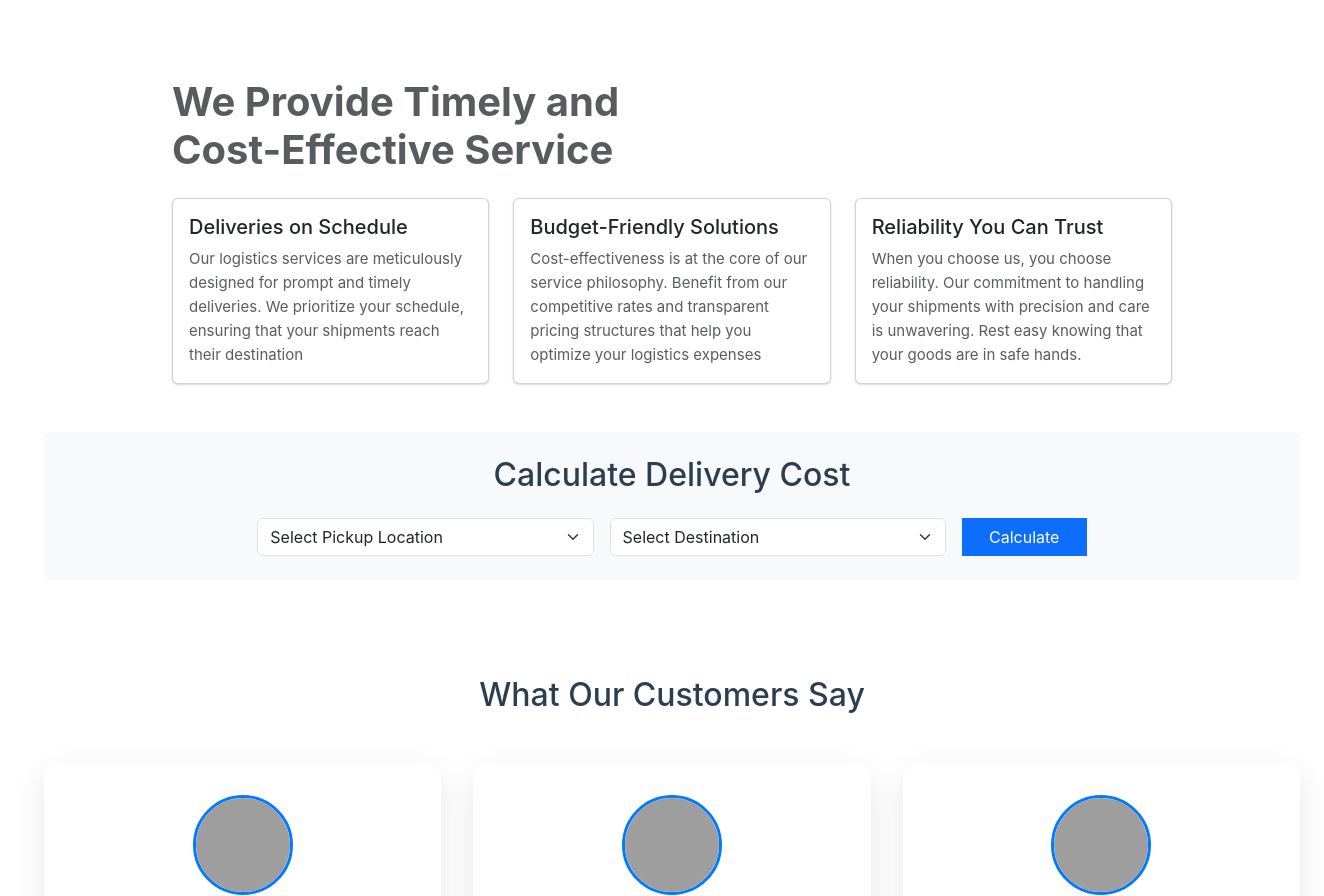
Repository: stancillous/package-yangu-logistics
Page: /
These files come from the project's save history. The page is drawn as it stood at one moment and after a run of saves; the edit follows.
The browser window is 1280 px wide. The page is 1324 px wide, so the pictures cover 1324 px, including what lies to the right of the window. The pictures show the part of the page from y = 698 to 1594 px (the page is 2112 px tall before and 2097 px after).
Pictures or frames that could not be fetched are drawn as grey boxes. The project was rebuilt for these pictures with package versions that can differ from the ones it lists, and the page was loaded fresh each time. Also part of the build but not shown: vite.config.ts.

Above is the page before, as saved 2025-01-31 14:16:41.

### index.html
<!DOCTYPE html>
<html lang="">
  <head>
    <meta charset="UTF-8">
    <meta name="viewport" content="width=device-width, initial-scale=1.0">
    <link rel="icon" href="/favicon.ico">

    <!-- Bootstrap CSS -->
    <link href="https://cdn.jsdelivr.net/npm/bootstrap@5.3.0/dist/css/bootstrap.min.css" rel="stylesheet">
    <!-- Bootstrap Icons -->
    <link href="https://cdn.jsdelivr.net/npm/bootstrap-icons@1.11.1/font/bootstrap-icons.css" rel="stylesheet">

    <!-- Fonts -->

    <link rel="preconnect" href="https://fonts.googleapis.com">
    <link rel="preconnect" href="https://fonts.gstatic.com" crossorigin>
    <link href="https://fonts.googleapis.com/css2?family=Roboto:ital,wght@0,100..900;1,100..900&display=swap" rel="stylesheet">
    <title>Courier</title>

    <style>
      body{
        font-family: 'Roboto', sans-serif;
        overflow-x: hidden;
        width: 100vw;
      }

      button{
        border-radius: 0 !important;
      }

    </style>
  </head>
  <body>
    <div id="app"></div>


    <script type="module" src="/src/main.ts"></script>
    <!-- Bootstrap JS -->
    <script src="https://cdn.jsdelivr.net/npm/bootstrap@5.3.0/dist/js/bootstrap.bundle.min.js"></script>
  </body>
</html>

### src/main.ts
import './assets/main.css'

import { createApp } from 'vue'
import App from './App.vue'
import router from './router'

// import { BootstrapVue, BootstrapVueIcons } from 'bootstrap-vue'

// import 'bootstrap/dist/css/bootstrap.css'
// import 'bootstrap-vue/dist/bootstrap-vue.css'

const app = createApp(App)

// app.use(BootstrapVue)
// app.use(BootstrapVueIcons)

app.use(router)

app.mount('#app')

### src/App.vue
<script setup lang="ts">
import { RouterLink, RouterView } from 'vue-router'
import Index from './views/Index.vue'
</script>

<template>
  <div>
    <Index/>
  </div>

</template>

<style scoped>

body{
  border: 8px solid red !important;
}
</style>

### src/router/index.ts
import { createRouter, createWebHistory } from 'vue-router'
import Index from '../views/Index.vue'

const router = createRouter({
  history: createWebHistory(import.meta.env.BASE_URL),
  routes: [
    {
      path: '/',
      name: 'home',
      component: Index,
    },
    // {
    //   path: '/about',
    //   name: 'about',
    //   // route level code-splitting
    //   // this generates a separate chunk (About.[hash].js) for this route
    //   // which is lazy-loaded when the route is visited.
    //   component: () => import('../views/AboutView.vue'),
    // },
  ],
})

export default router

### src/views/Index.vue
<template>
    <div class="container">
      <nav class="navbar navbar-expand-lg navbar-light bg-white fixed-top shadow-sm">
        <div class="container">
          <a class="navbar-brand d-flex align-items-center" href="#">
            <i class="bi bi-box-seam fs-2 text-primary me-2"></i>
            <span class="fw-bold">FastCourier</span>
          </a>
          <button class="navbar-toggler" type="button" data-bs-toggle="collapse" data-bs-target="#navbarNav">
            <span class="navbar-toggler-icon"></span>
          </button>
          <div class="collapse navbar-collapse" id="navbarNav">
              <ul class="navbar-nav ms-auto">
                  <li><small class="text-uppercase"><a class="nav-link" href="#">home</a></small></li>
                  <li><small class="text-uppercase"><a class="nav-link" href="#">services</a></small></li>
                  <li><small class="text-uppercase"><a class="nav-link" href="#">about us</a></small></li>
                  <li><small class="text-uppercase"><a class="nav-link" href="#">news</a></small></li>
              </ul>
              <div class="ms-5">
                  <button class="btn btn-sm btn-outline-primary">CONTACT US</button>
              </div>
          </div>
        </div>
      </nav>

      <div class="content-wrapper">
        <div class="hero-section">
            <div class="hero-content">
                <h1 class="fw-bold  display-4">Seamless Shipping, <br> Unmatched Care</h1>
                <p class="card-text">Delivering Convenience with Every Shipment. Enjoy smooth logistics and outstanding customer service backed by our commitment to excellence.</p>
                <button class="btn btn-sm btn-light px-4 py-2 text-primary">Get Started</button>
            </div>
        </div>


        <!-- Services Section -->
        <div style="padding-top: 700px;" class="section-wrp">
          <h2 class="fw-bold display-6 mb-4 text-muted">We Provide Timely and <br> Cost-Effective Service</h2>
          <div class="row g-4">
            <div class="col-md-4">
              <div class="card h-100">
                <div class="card-body">
                  <!-- <i class="bi bi-truck fs-1 text-primary mb-3"></i> -->
                  <h5 class="card-title">Deliveries on Schedule</h5>
                  <p class="card-text text-muted">Our logistics services are meticulously designed for prompt and timely deliveries. We prioritize your schedule, ensuring that your shipments reach their destination</p>
                </div>
              </div>
            </div>
            <div class="col-md-4">
              <div class="card h-100">
                <div class="card-body">
                  <!-- <i class="bi bi-globe fs-1 text-primary mb-3"></i> -->
                  <h5 class="card-title">Budget-Friendly Solutions</h5>
                  <p class="card-text text-muted">Cost-effectiveness is at the core of our service philosophy. Benefit from our competitive rates and transparent pricing structures that help you optimize your logistics expenses</p>
                </div>
              </div>
            </div>
            <div class="col-md-4">
              <div class="card h-100">
                <div class="card-body">
                  <!-- <i class="bi bi-shield-check fs-1 text-primary mb-3"></i> -->
                  <h5 class="card-title">Reliability You Can Trust</h5>
                  <p class="card-text text-muted">When you choose us, you choose reliability. Our commitment to handling your shipments with precision and care is unwavering. Rest easy knowing that your goods are in safe hands.</p>
                </div>
              </div>
            </div>
          </div>
        </div>

        <!-- Delivery Calculator -->
        <div class="calculator-section my-5 py-4 bg-light rounded">
          <h2 class="text-center mb-4">Calculate Delivery Cost</h2>
          <div class="row justify-content-center">
            <div class="col-md-8">
              <div class="row g-3">
                <div class="col-md-5">
                  <select v-model="pickup" class="form-select">
                    <option value="" disabled selected>Select Pickup Location</option>
                    <option value="nairobi">Nairobi</option>
                    <option value="mombasa">Mombasa</option>
                    <option value="kisumu">Kisumu</option>
                    <option value="nakuru">Nakuru</option>
                    <option value="eldoret">Eldoret</option>
                  </select>
                </div>
                <div class="col-md-5">
                  <select v-model="destination" class="form-select">
                    <option value="" disabled selected>Select Destination</option>
                    <option value="nairobi">Nairobi</option>
                    <option value="mombasa">Mombasa</option>
                    <option value="kisumu">Kisumu</option>
                    <option value="nakuru">Nakuru</option>
                    <option value="eldoret">Eldoret</option>
                  </select>
                </div>
                <div class="col-md-2">
                  <button @click="calculatePrice" class="btn btn-primary w-100">Calculate</button>
                </div>
              </div>
              <div v-if="price" class="mt-4 text-center">
                <h4>Estimated Cost: KES {{ price }}</h4>
              </div>
            </div>
          </div>
        </div>

        <!-- Reviews Section -->
        <div class="reviews-section my-5 py-5">
          <h2 class="text-center mb-5">What Our Customers Say</h2>
          <div class="reviews-grid">
            <div class="review-card">
              <div class="review-image">
                <img src="https://randomuser.me/api/portraits/men/32.jpg" alt="John Doe">
              </div>
              <h5 class="mt-3">John Doe</h5>
              <p class="text-muted mb-2">Business Owner</p>
              <div class="rating mb-2">
                <i class="bi bi-star-fill text-warning"></i>
                <i class="bi bi-star-fill text-warning"></i>
                <i class="bi bi-star-fill text-warning"></i>
                <i class="bi bi-star-fill text-warning"></i>
                <i class="bi bi-star-fill text-warning"></i>
              </div>
              <p>"FastCourier has been instrumental in growing my business."</p>
            </div>

            <div class="review-card">
              <div class="review-image">
                <img src="https://randomuser.me/api/portraits/women/44.jpg" alt="Sarah Smith">
              </div>
              <h5 class="mt-3">Sarah Smith</h5>
              <p class="text-muted mb-2">Online Seller</p>
              <div class="rating mb-2">
                <i class="bi bi-star-fill text-warning"></i>
                <i class="bi bi-star-fill text-warning"></i>
                <i class="bi bi-star-fill text-warning"></i>
                <i class="bi bi-star-fill text-warning"></i>
                <i class="bi bi-star-half text-warning"></i>
              </div>
              <p>"Their prices are competitive and service exceptional!"</p>
            </div>

            <div class="review-card">
              <div class="review-image">
                <img src="https://randomuser.me/api/portraits/men/67.jpg" alt="Mike Johnson">
              </div>
              <h5 class="mt-3">Mike Johnson</h5>
              <p class="text-muted mb-2">Regular Customer</p>
              <div class="rating mb-2">
                <i class="bi bi-star-fill text-warning"></i>
                <i class="bi bi-star-fill text-warning"></i>
                <i class="bi bi-star-fill text-warning"></i>
                <i class="bi bi-star-fill text-warning"></i>
                <i class="bi bi-star-fill text-warning"></i>
              </div>
              <p>"Best courier service I've ever used!"</p>
            </div>
          </div>
        </div>

        <!-- Footer -->
        <footer class="bg-dark text-light py-4 mt-5">
          <div class="container">
            <div class="row">
              <div class="col-md-4">
                <h5>Contact Us</h5>
                <p>Email: info@courier.com<br>
                   Phone: +254 700 000 000</p>
              </div>
              <div class="col-md-4">
                <h5>Quick Links</h5>
                <ul class="list-unstyled">
                  <li><a href="#" class="text-light">About Us</a></li>
                  <li><a href="#" class="text-light">Services</a></li>
                  <li><a href="#" class="text-light">Track Package</a></li>
                </ul>
              </div>
              <div class="col-md-4">
                <h5>Follow Us</h5>
                <div class="fs-4">
                  <i class="bi bi-facebook me-3"></i>
                  <i class="bi bi-twitter me-3"></i>
                  <i class="bi bi-instagram"></i>
                </div>
              </div>
            </div>
            <div class="text-center mt-3">
              <small>&copy; 2025 Courier Services. All rights reserved.</small>
            </div>
          </div>
        </footer>
      </div>
    </div>
  </template>

  <script>
  export default {
    name: 'Index',
    data() {
      return {
        pickup: '',
        destination: '',
        price: null
      }
    },
    methods: {
      calculatePrice() {
        if (this.pickup && this.destination) {
          // Generate a random price between 1000 and 5000
          this.price = Math.floor(Math.random() * (5000 - 1000 + 1)) + 1000;
        }
      }
    }
  }
  </script>

  <style scoped>

.container {
      width: 100vw;
      max-width: 1500px;
      margin: auto;
  }

  .section-wrp{
    max-width: 1000px;
    margin: 1rem auto;
  }

.hero-section {
    position: absolute;
    left: 0;
  width: 100vw;
  height: 600px;
  background-image: url('https://images.unsplash.com/photo-1578575437130-527eed3abbec');
  background-size: cover;
  background-position: center;
  /* position: relative; */
  display: flex;
  align-items: center;
  justify-content: center;
  color: white;
  margin-left: calc(-50vw + 50%);
  margin-right: calc(-50vw + 50%);
}

.hero-section::before {
  content: '';
  position: absolute;
  top: 0;
  left: 0;
  width: 100%;
  height: 100%;
  background: rgba(0, 0, 0, 0.6);
}

.hero-content {
  position: relative;
  z-index: 2;
  max-width: 800px;
  text-align: left;
  padding: 0 1rem;
}




  .content-wrapper {
      margin-top: 76px;
  }


  .card {
    box-shadow: rgba(0, 0, 0, 0.1) 0px 1px 3px 0px, rgba(0, 0, 0, 0.06) 0px 1px 2px 0px;
  }

  .card:hover {
    transform: translateY(-5px);
  }

  .reviews-grid {
      display: grid;
      grid-template-columns: repeat(auto-fit, minmax(300px, 1fr));
      gap: 2rem;
      perspective: 1000px;
  }

  .review-card {
      background: white;
      border-radius: 15px;
      padding: 2rem;
      text-align: center;
      box-shadow: 0 10px 30px rgba(0, 0, 0, 0.1);
      transition: transform 0.5s;
      transform-style: preserve-3d;
  }

  .review-card:hover {
      transform: translateZ(20px) rotateX(5deg);
  }

  .review-image {
      width: 100px;
      height: 100px;
      margin: 0 auto;
      border-radius: 50%;
      overflow: hidden;
      border: 3px solid #007bff;
  }

  .review-image img {
      width: 100%;
      height: 100%;
      object-fit: cover;
  }

  .rating {
      font-size: 1.2rem;
  }

  @media (max-width: 768px) {
      .reviews-grid {
          grid-template-columns: 1fr;
      }
  }
  </style>

Loaded but not shown: src/assets/main.css (common file); src/assets/base.css (common file)

After the next 11 saves:
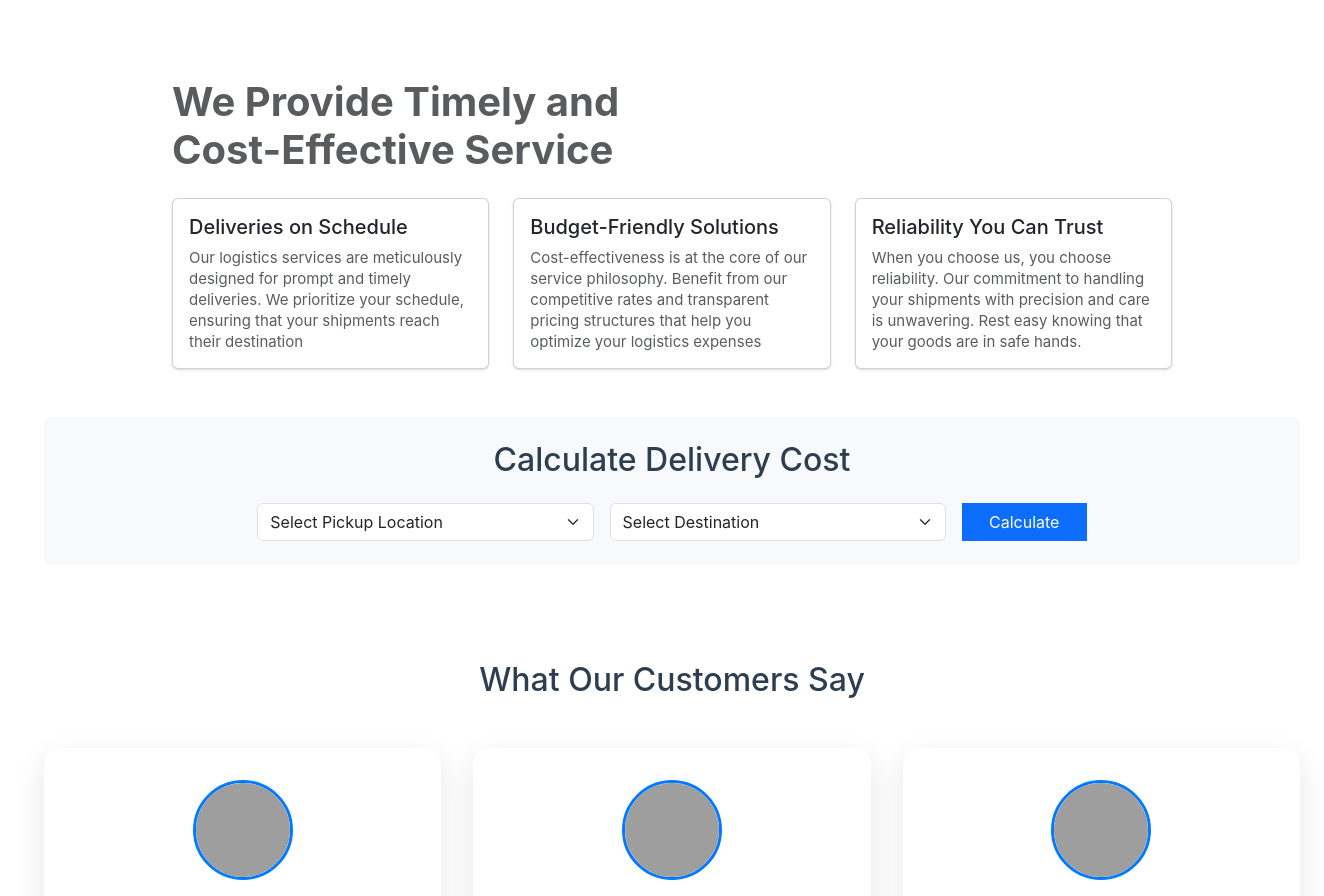
The 11 saves are shown as one change because they came seconds apart.
The last was saved 18 s later.
--- a/src/views/Index.vue
+++ b/src/views/Index.vue
@@ -272,6 +272,10 @@
 
   .card {
     box-shadow: rgba(0, 0, 0, 0.1) 0px 1px 3px 0px, rgba(0, 0, 0, 0.06) 0px 1px 2px 0px;
+
+    p{
+        line-height: 140%;
+    }
   }
 
   .card:hover {

After the 4 saves that followed:
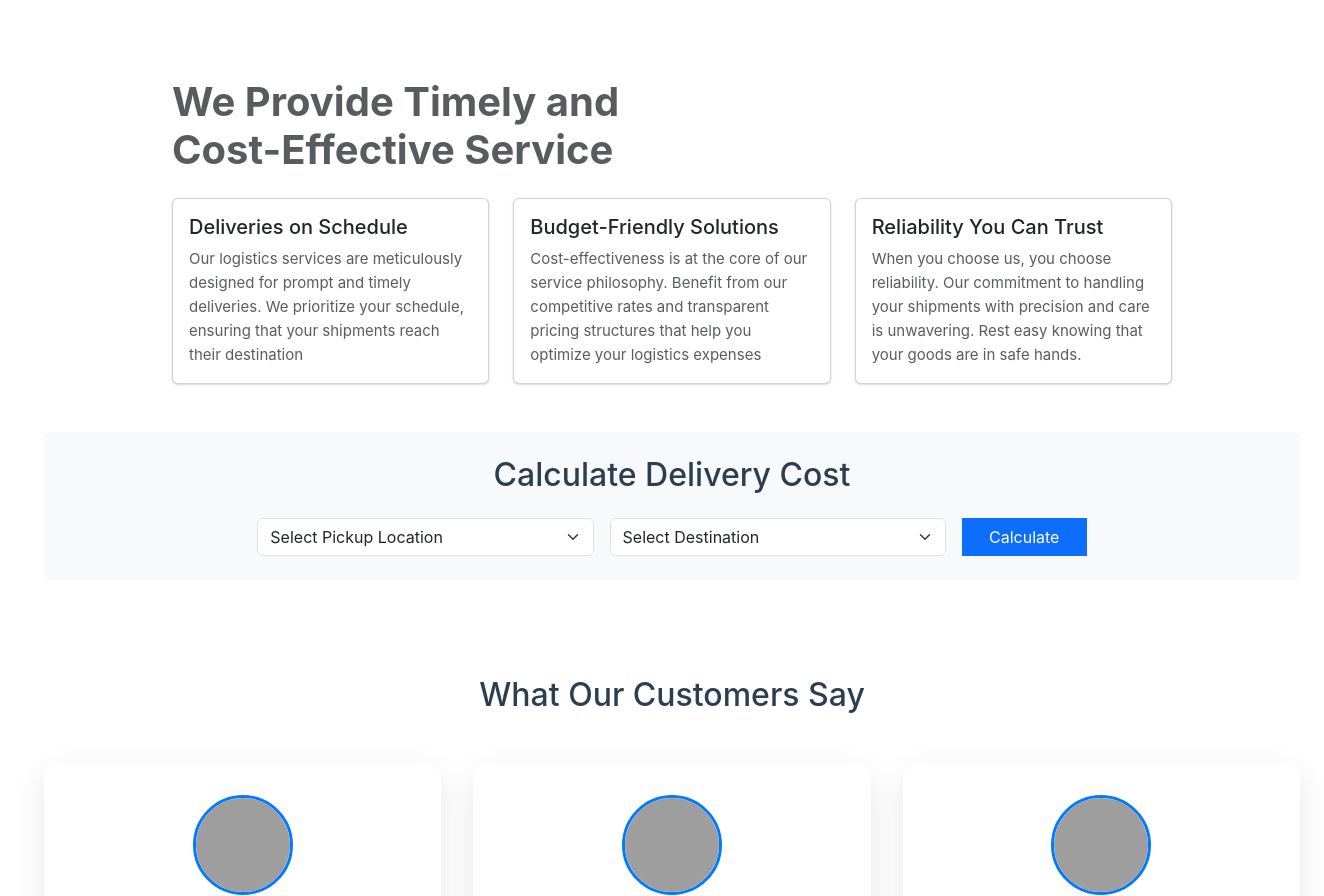
The 4 saves are shown as one change because they came seconds apart.
The last was saved 9 s later.
--- a/src/views/Index.vue
+++ b/src/views/Index.vue
@@ -274,7 +274,7 @@
     box-shadow: rgba(0, 0, 0, 0.1) 0px 1px 3px 0px, rgba(0, 0, 0, 0.06) 0px 1px 2px 0px;
 
     p{
-        line-height: 140%;
+        line-height: 160%;
     }
   }
 
